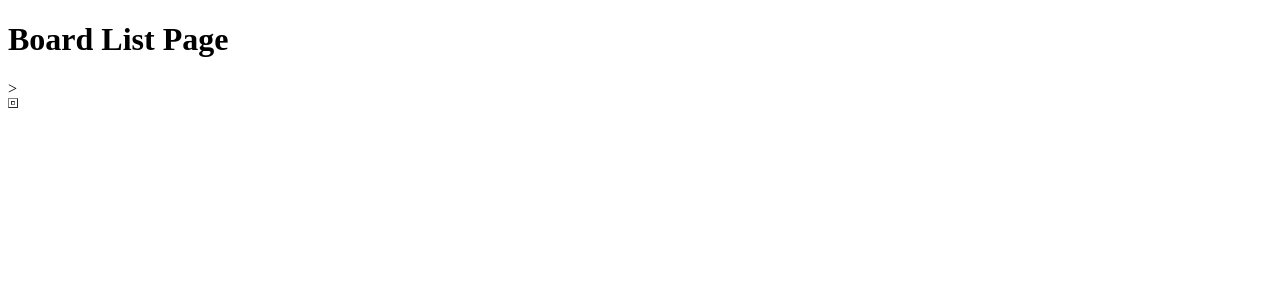
Repository: hwimi/2024-04-12-01
Page: http://localhost/jsp_study/board/list.jsp
An editor plug-in stored every save of this project. The page is shown before and after the next save, followed by the edit.
The browser window is 1280 px wide. The pictures show the whole page.
The page is served by Tomcat 9. Other server files are loaded and not shown.

Above is the page before, as saved 2024-04-12 05:47:44.

### jsp_study/src/main/webapp/board/list.jsp
<%@ page language="java" contentType="text/html; charset=UTF-8"
    pageEncoding="UTF-8"%>
<!DOCTYPE html>
<html>
<head>
<meta charset="UTF-8">
<title>Insert title here</title>
</head>
<body>
	<h1>Board List Page</h1>

	<table border="1">
	<tr>
	<th></th>>


	</tr>
	</table>
</body>
</html>

After the next save:
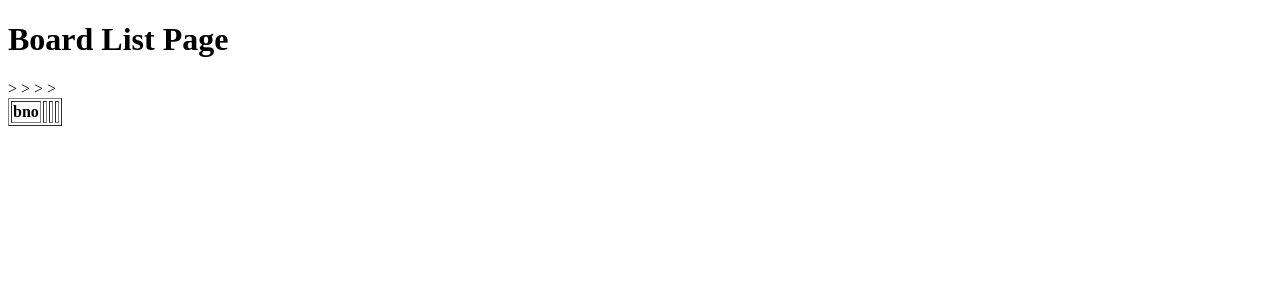
Saved 12 s later.
--- a/jsp_study/src/main/webapp/board/list.jsp
+++ b/jsp_study/src/main/webapp/board/list.jsp
@@ -11,6 +11,9 @@
 
 	<table border="1">
 	<tr>
+	<th>bno</th>>
+	<th></th>>
+	<th></th>>
 	<th></th>>
 
 
